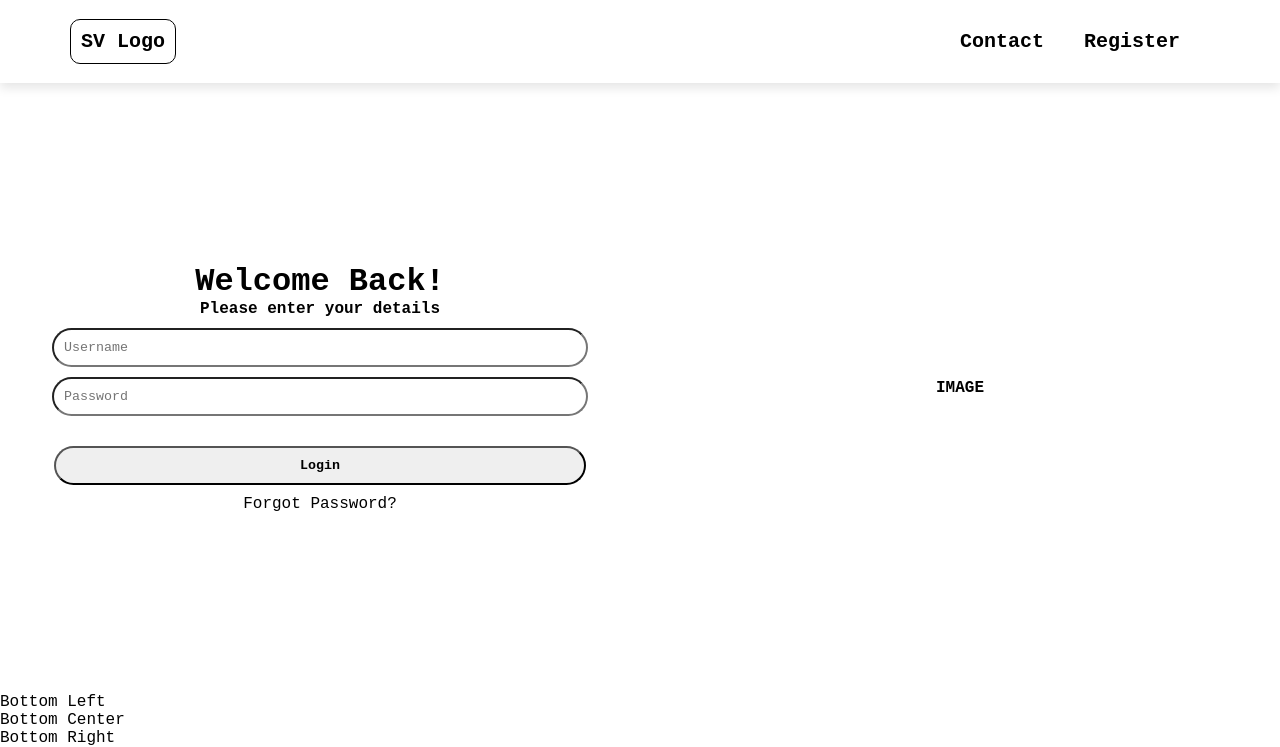
Repository: BuddhimaB/SecureVisionAI
Page: / (app in client/)
An editor plug-in stored every save of this project. The page is shown before and after the next save, followed by the edit.
The browser window is 1280 px wide. The pictures show the whole page.
The project was rebuilt for these pictures with package versions that can differ from the ones it lists, and the page was loaded fresh each time.

Above is the page before, as saved 2024-07-13 19:23:54.

### client/public/index.html
<!DOCTYPE html>
<html lang="en">
  <head>
    <meta charset="utf-8" />
    <link rel="icon" href="%PUBLIC_URL%/favicon.ico" />
    <meta name="viewport" content="width=device-width, initial-scale=1" />

    <meta
      name="description"
      content="Web site created using create-react-app"
    />
    <link rel="preconnect" href="https://fonts.googleapis.com">
<link rel="preconnect" href="https://fonts.gstatic.com" crossorigin>
<link href="https://fonts.googleapis.com/css2?family=Roboto:ital,wght@0,100;0,300;0,400;0,500;0,700;0,900;1,100;1,300;1,400;1,500;1,700;1,900&display=swap" rel="stylesheet">
<link rel="stylesheet" href="style.css">
    <title>SecureVision App</title>
  </head>
  <body>
    <noscript>You need to enable JavaScript to run this app.</noscript>
    <div id="root"></div>

  </body>
</html>

### client/src/App.js
import Login from "./Pages/Login/login";

function App() {
  return (
    <div className="App">
      <Login />
    </div>
  );
}

export default App;

### client/src/Pages/Login/login.jsx
import './Login.css'
import Topbar from '../../components/Topbar/Topbar'
import Bottom from '../../components/BottomDetails/Bottom'

export default function Login() {
  return (
    <div>
      <Topbar />
      <div className='feedContainer'>
        <div className="feedLeft">
          <h1>Welcome Back!</h1>
          <h4> Please enter your details</h4>
          <div className="inputField">
          <input
          className='inputField'
          type="text"
          placeholder="Username" />

          <input className='inputField'
          type="password"
          placeholder="Password" />
          </div>
          <button className="loginButton">Login</button>
          <span>Forgot Password?</span>
        </div>

        <div className="feedRight">
          <h4>IMAGE</h4>

        </div>
        </div>
        <Bottom />
    </div>
  )
}

### client/src/Pages/Login/Login.css
.feedContainer{
    display: flex;
    justify-content: center;
    align-items: center;


}
.feedLeft{
    display: flex;
    flex-direction: column;
    justify-content: center;
    align-items: center;
    width: 50%;
    height: calc(100vh - 110px);

}
.inputField{
    display: flex;
    justify-content: center;
    align-items: center;
    flex-direction: column;
    margin-bottom: 10px;
    padding: 10px;
    border-radius: 40px;
    width: 80%;
}
.inputField > input{
    width: 100%;
    padding: 10px;


    margin-bottom: 10px;
}
.loginButton{
    padding: 10px;
    border-radius: 40px;
    width: 83%;

    color:black;
    font-weight: 700;
    cursor: pointer;
    margin-bottom: 10px;
}
.loginButton:hover{
    background-color: #9b1cc2;
    color:white
}
.feedRight{
    display: flex;
    justify-content: center;
    align-items: center;
    width: 50%;
    height: calc(100vh - 1100px);
    background-color: #fff;
}

### client/src/components/Topbar/Topbar.jsx
import './Topbar.css'

export default function Topbar() {
  return (
    <div className='topbarContainer'>
        <div className="topbarLeft">
            <span className="logo">SV Logo</span>
        </div>

        <div className="topbarRight">
            <div className="topbarLinks">
                <span className="topbarLink">Contact</span>
                <span className="topbarLink">Register</span>
            </div>

        </div>

    </div>
  )
}

### client/src/components/BottomDetails/Bottom.jsx
import './Bottom.css'

export default function Bottom() {
  return (
    <div className='bottomContainer'>
        <div className='bottomLeft'>
            <span>Bottom Left</span>
        </div>
        <div className='bottomCenter'>
            <span>Bottom Center</span>
        </div>
        <div className='bottomRight'>
            <span>Bottom Right</span>
        </div>
    </div>
  )
}

### client/src/components/Topbar/Topbar.css
.topbarContainer{
    display: flex;
    justify-content: space-between;
    align-items: center;
    top: 0;
    z-index: 999;
    padding: 30px;
    background-color: #fff;
    box-shadow: 0 5px 10px rgba(0, 0, 0, 0.1);
    position: sticky;
}
.logo{
    font-size: 20px;
    font-weight: 700;
    border: 1px solid #000;
    padding: 10px;
    border-radius: 10px;
    margin-left: 40px;
}
.topbarRight{
    display: flex;
    align-items: center;
    margin-right: 40px;

}
.topbarLink{
    margin-right: 20px;
    font-size: 20px;
    font-weight: 700;
    padding: 10px;
    border-radius: 10px;
    cursor: pointer;
}
.topbarLink:hover{
    background-color: #9b1cc2;
    color: white;
}

### client/src/components/BottomDetails/Bottom.css
.bottomContainer{

}

### client/public/style.css
*{
    margin: 0;
    font-family: 'Courier New', Courier, monospace;
}

Loaded but not shown: client/src/index.js (common file)

After the next save:
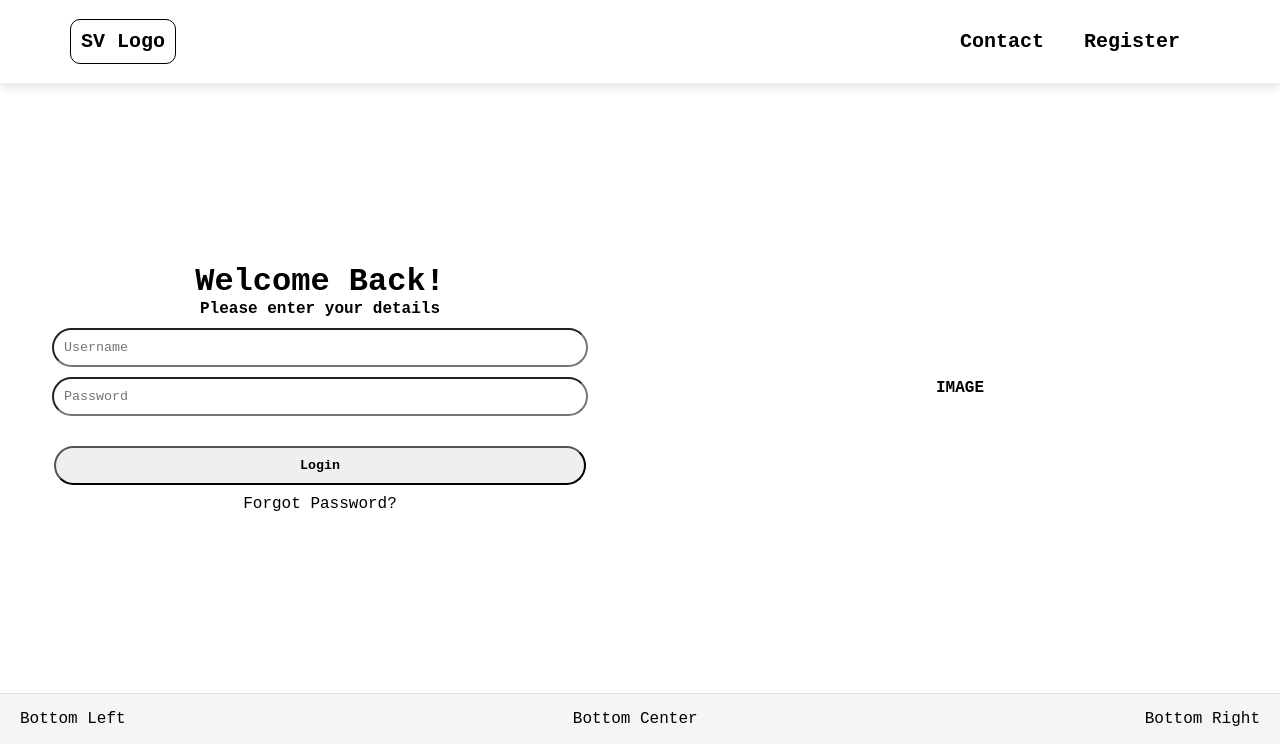
Saved 1 s later.
--- a/client/src/components/BottomDetails/Bottom.css
+++ b/client/src/components/BottomDetails/Bottom.css
@@ -1,3 +1,9 @@
 .bottomContainer{
-
+    display: flex;
+    justify-content: space-between;
+    align-items: center;
+    padding: 0 20px;
+    height: 50px;
+    background-color: #f5f5f5;
+    border-top: 1px solid #e0e0e0;
 }
